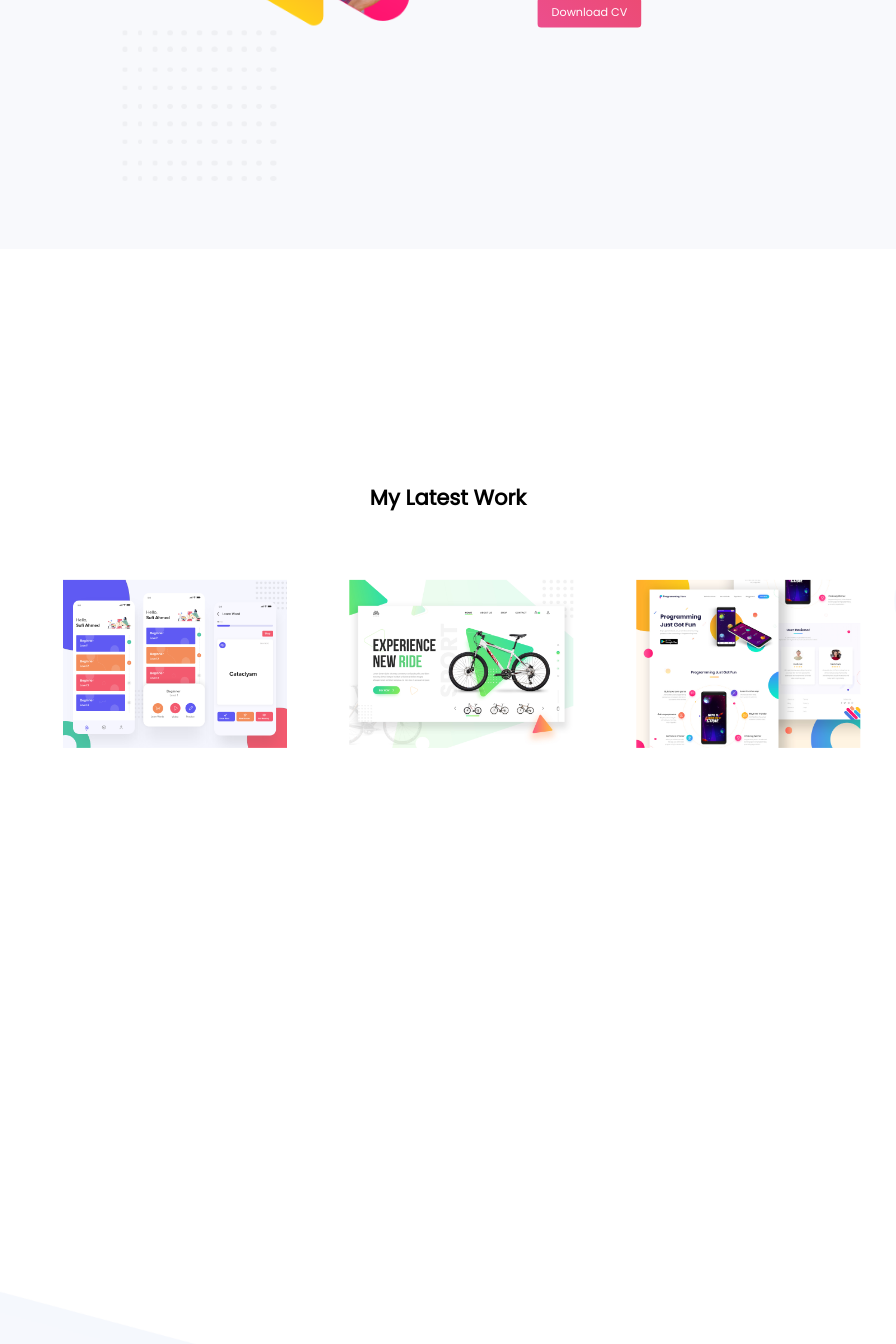
Repository: mohsinfarabi/personal-website
Page: index.html
These files come from the project's save history. The page is drawn as it stood at one moment and after the next save; the edit follows.
The browser window is 1280 px wide. The pictures show the part of the page from y = 1569 to 3489 px (the page is 4230 px tall), at 70% of full size.

Above is the page before, as saved 2020-07-01 16:29:11.

### index.html
<!DOCTYPE html>
<html lang="en">

<head>
    <meta charset="UTF-8">
    <meta name="viewport" content="width=device-width, initial-scale=1.0">
    <link href="https://fonts.googleapis.com/css2?family=Poppins" rel="stylesheet">
    <link rel="stylesheet" href="style.css">
    <title>Farabi - Web Developer</title>
</head>

<body>
    <section class="header-banner">
        <div class="half-width half-width-content">
            <h3>Hello I'm</h3>
            <h2>Mohsin Farabi</h2>
            <p>You might saw me jumping, climbing buildings, and stopping trains. But nobody pays me a dime for that work. That's why I am learning and mastering web development. I will not stop until I become the Web Development Hero.</p>
            <a class="link-button" target="_blank" href="https://www.linkedin.com/in/mohsin-farabi-68655040/">HIRE ME</a>
        </div>

        <div class="img-width">
            <img src="images/peter.png" alt="">
        </div>
    </section>
    <section class="biography">
        <div class="half-width">
            <img src="images/peter_dream.png" alt="">
        </div>
        <div class="half-width half-width-content">
            <h3>Biography</h3>
            <p>Lorem ipsum dolor sit amet, consectetur adipiscing elit. Integer vulputate rutrum lacus vitae eleifend. Morbi tempus tincidunt sagittis. Cras ac venenatis augue, a ornare augue. Vivamus tristique lobortis quam, in auctor urna convallis sit
                amet. Vivamus eros mi, eleifend quis consequat ac, porttitor quis ligula. Proin aliquet aliquam nunc, eu egestas felis.</p>
            <a class="link-button" target="_blank" href="https://www.facebook.com/farabi.mohsin">Download CV</a>

        </div>
    </section>
    <section class="latest-work">
        <h3>My Latest Work</h3>
        <div class="showcase-width">
            <img src="images/latest-work/work-1.png" alt="">
        </div>
        <div class="showcase-width">
            <img src="images/latest-work/work-2.jpg" alt="">
        </div>
        <div class="showcase-width">
            <img src="images/latest-work/work-3.jpg" alt="">
        </div>

    </section>
    <section class="bottom-panel"></section>



</body>

</html>

### style.css
body {
    margin: 0;
    font-family: 'Poppins', sans-serif;
    width: 100%;
    height: 100%;
}

h2 {
    font-size: 50px;
    color: #ec4b74;
}

h3 {
    font-size: 30px;
}

p {
    color: dimgray;
    margin-bottom: 7%;
}

.half-width {
    width: 30%;
    float: left;
    margin-left: 5%;
    padding: 5%;
}

.half-width-content {
    padding-top: 15%;
    margin-left: 10%;
}

.half-width img {
    width: 100%;
    height: 100%;
    padding-left: 20%;
}

.img-width {
    width: 35%;
    float: left;
    margin-left: 2%;
    margin-top: 10%;
    padding-left: 0;
}

.img-width img {
    width: 100%;
    height: 100%;
}

.showcase-width {
    width: 25%;
    float: left;
    margin-left: 2%;
    padding-left: 5%;
    padding-top: 5%;
}

.showcase-width img {
    width: 100%;
    height: 100%;
}

.latest-work h3 {
    text-align: center;
    padding-top: 10%;
}

section {
    height: 900px;
    padding-bottom: 150px;
}

.link-button {
    text-decoration: none;
    background-image: linear-gradient(45deg, #ec4e8d, #ec4b74);
    padding: 10px 20px;
    border-radius: 5px;
    color: white;
    font-weight: 400;
}

.header-banner {
    background-image: url("images/header-bg.png");
    background-repeat: no-repeat;
}

.biography {
    background-image: url("images/biography-bg.png");
    background-repeat: no-repeat;
}

.latest-work {
    background-image: url("images/latest-work-bg.png");
    background-repeat: no-repeat;
}

.bottom-panel {
    background-image: url("images/footer-bg.png");
    background-repeat: no-repeat;
}

After the next save:
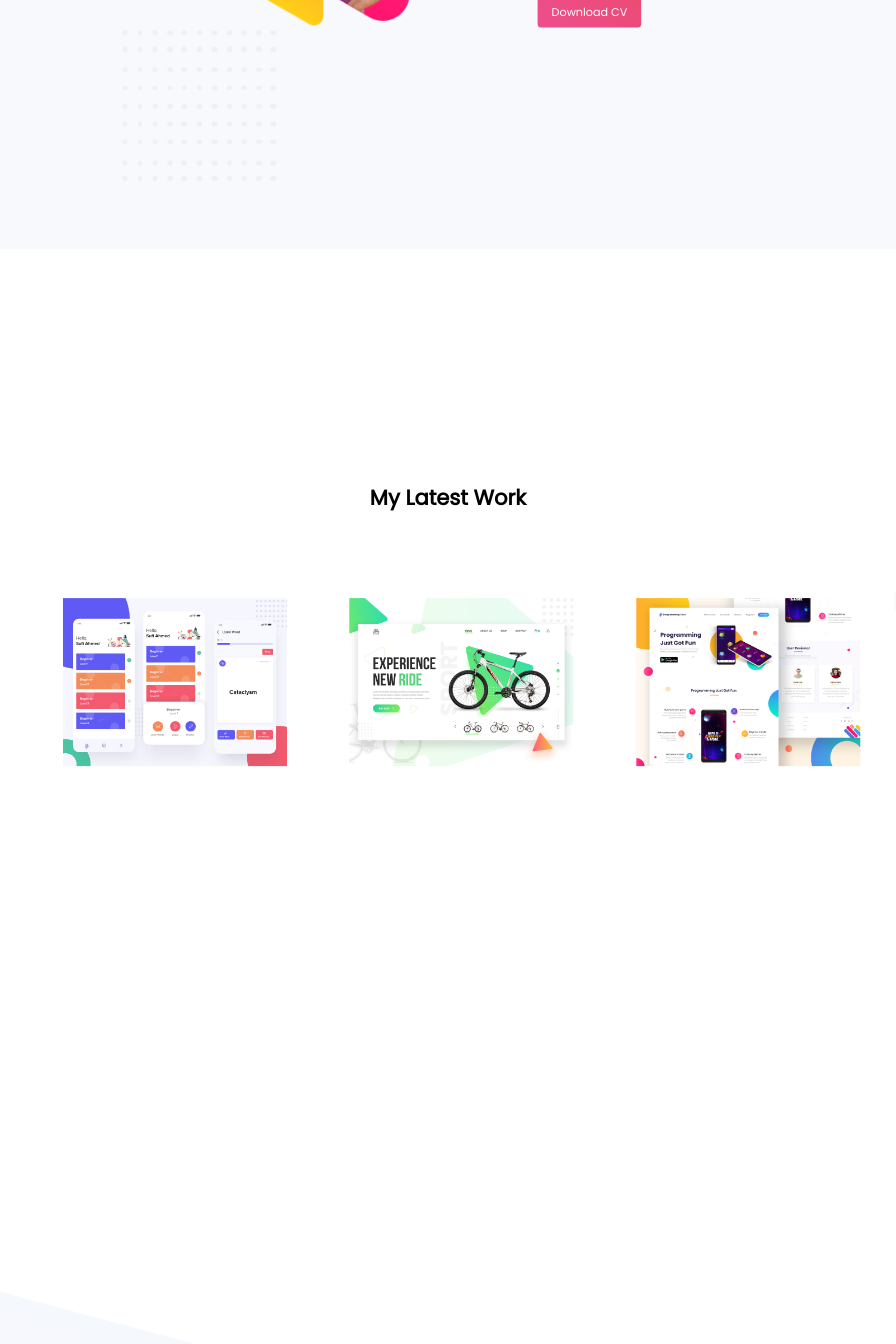
Saved 45 s later.
--- a/style.css
+++ b/style.css
@@ -55,7 +55,7 @@ p {
     float: left;
     margin-left: 2%;
     padding-left: 5%;
-    padding-top: 5%;
+    padding-top: 7%;
 }
 
 .showcase-width img {
